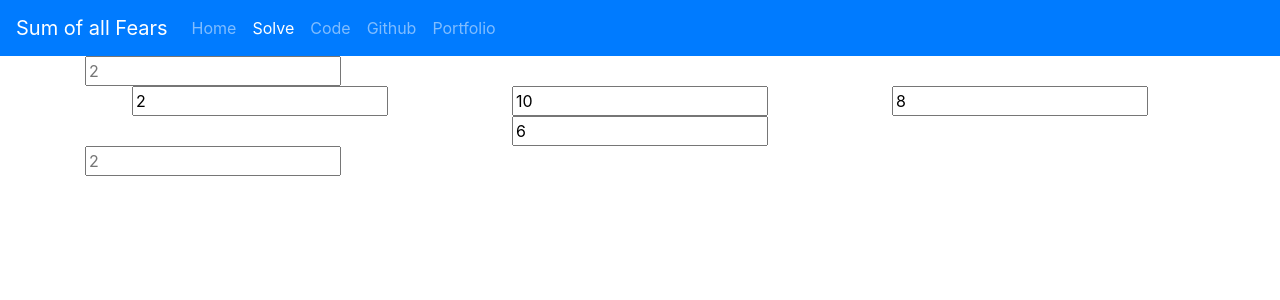
Repository: zhadjah9559/BrainBufferOverflow
Page: solve.html
An editor plug-in stored every save of this project. The page is shown before and after the next save, followed by the edit.
The browser window is 1280 px wide. The pictures show the whole page.

Above is the page before, as saved 2021-01-13 15:06:47.

### solve.html
<!doctype html>
<html lang="en">
  <head>
    <title>Title</title>
    <!-- Required meta tags -->
    <meta charset="utf-8">
    <meta name="viewport" content="width=device-width, initial-scale=1, shrink-to-fit=no">

    <!-- Bootstrap CSS -->
    <link rel="stylesheet" href="https://stackpath.bootstrapcdn.com/bootstrap/4.3.1/css/bootstrap.min.css" integrity="sha384-ggOyR0iXCbMQv3Xipma34MD+dH/1fQ784/j6cY/iJTQUOhcWr7x9JvoRxT2MZw1T" crossorigin="anonymous">
  </head>
  <body>

    <nav class="navbar navbar-expand-sm navbar-dark bg-primary">
        <a class="navbar-brand" href="#">Sum of all Fears</a>
        <button class="navbar-toggler d-lg-none" type="button" data-toggle="collapse" data-target="#collapsibleNavId" aria-controls="collapsibleNavId"
            aria-expanded="false" aria-label="Toggle navigation"></button>
        <div class="collapse navbar-collapse" id="collapsibleNavId">
            <ul class="navbar-nav mr-auto mt-2 mt-lg-0">
                <li class="nav-item">
                    <a class="nav-link" href="index.html">Home <span class="sr-only">(current)</span></a>
                </li>
                <li class="nav-item active">
                    <a class="nav-link" href="solve.html">Solve</a>
                </li>
                 <li class="nav-item">
                    <a class="nav-link" href="code.html">Code</a>
                </li> <li class="nav-item">
                    <a class="nav-link" href="#">Github</a>
                </li>
                <li class="nav-item">
                    <a class="nav-link" href="#">Portfolio</a>
                </li>
            </ul>

        </div>
    </nav>

    <div class="container">
       <div class="row">
           <div class="col">
            <input type="number" id="kInput" name="kInput"  placeholder="2">

           </div>
       </div>

        <!--User Array Inputs-->
        <div class="row">
            <div class="col-md text-center">
                <input type="number" id="arrayInput1" name="arrayInput1" value="2" placeholder="2">
            </div>
            <div class="col-md text-center">
                <input type="number" id="arrayInput2" name="arrayInput2" value="10" placeholder="10">
            </div>
            <div class="col-md text-center">
                <input type="number" id="arrayInput3" name="arrayInput3" value="8" placeholder="8">
            </div>
            <div class="col-md text-center">
                <input type="number" id="arrayInput1" name="arrayInput1" value="6" placeholder="6">
            </div>
        </div>


        <div class="row">
            <div class="col">
             <input type="number" id="kInput" name="kInput"  placeholder="2">

            </div>
        </div>


    </div>


    <!-- Optional JavaScript -->
    <!-- jQuery first, then Popper.js, then Bootstrap JS -->
    <script src="https://code.jquery.com/jquery-3.3.1.slim.min.js" integrity="sha384-q8i/X+965DzO0rT7abK41JStQIAqVgRVzpbzo5smXKp4YfRvH+8abtTE1Pi6jizo" crossorigin="anonymous"></script>
    <script src="https://cdnjs.cloudflare.com/ajax/libs/popper.js/1.14.7/umd/popper.min.js" integrity="sha384-UO2eT0CpHqdSJQ6hJty5KVphtPhzWj9WO1clHTMGa3JDZwrnQq4sF86dIHNDz0W1" crossorigin="anonymous"></script>
    <script src="https://stackpath.bootstrapcdn.com/bootstrap/4.3.1/js/bootstrap.min.js" integrity="sha384-JjSmVgyd0p3pXB1rRibZUAYoIIy6OrQ6VrjIEaFf/nJGzIxFDsf4x0xIM+B07jRM" crossorigin="anonymous"></script>
  </body>
</html>

After the next save:
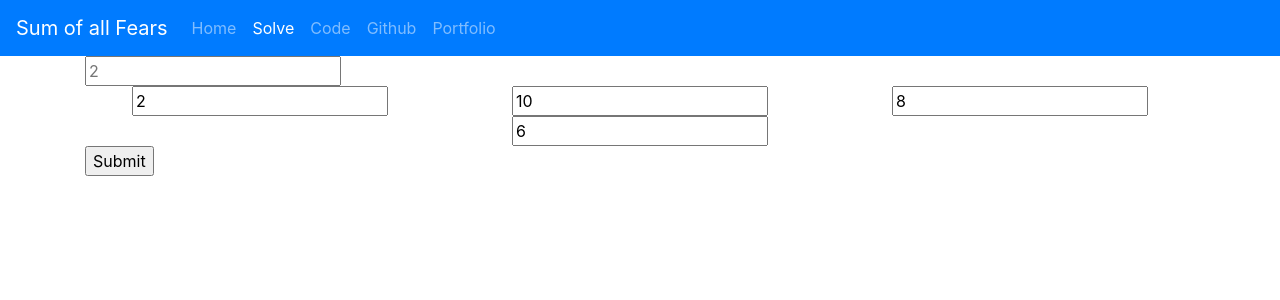
Saved 5 s later.
--- a/solve.html
+++ b/solve.html
@@ -63,7 +63,7 @@
 
         <div class="row">
             <div class="col">
-             <input type="number" id="kInput" name="kInput"  placeholder="2">
+             <input type="submit" id="kInput" name="kInput"  placeholder="2">
 
             </div>
         </div>
